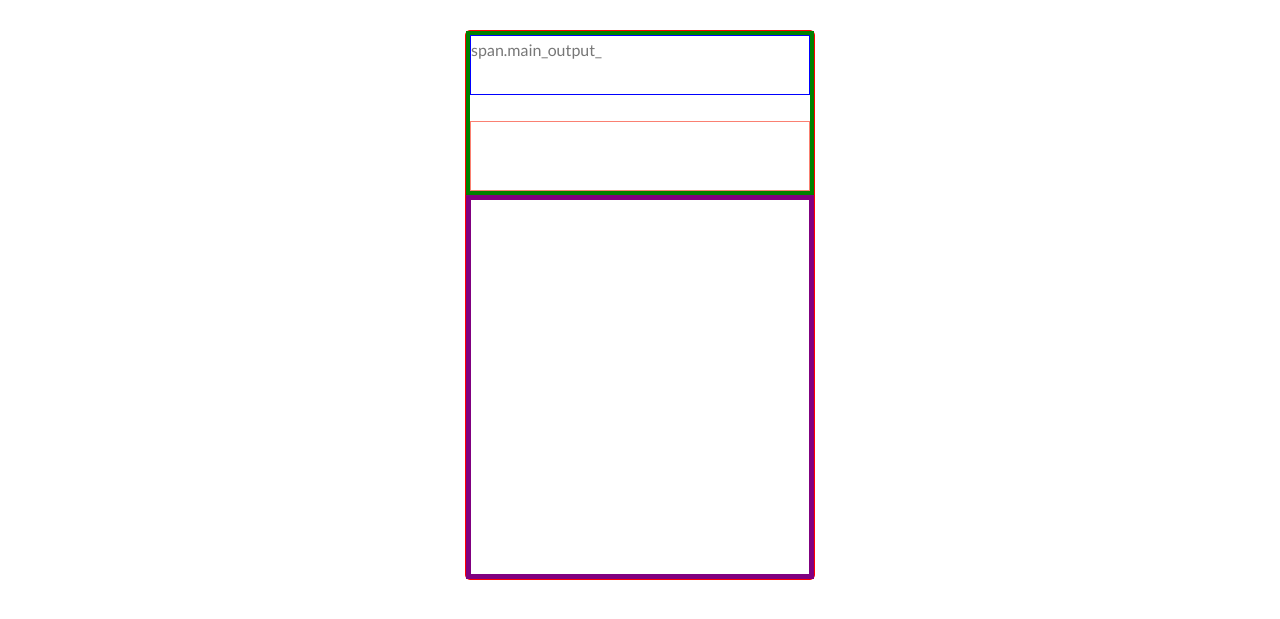
Repository: OfirLana/Calculator
Page: index.html
The author's editor kept a copy of each file at every save. The page is drawn from the files as they stood at one save, then again after the next save.
The browser window is 1280 px wide. The pictures show the whole page.

Above is the page before, as saved 2019-03-12 18:06:53.

After the next save:
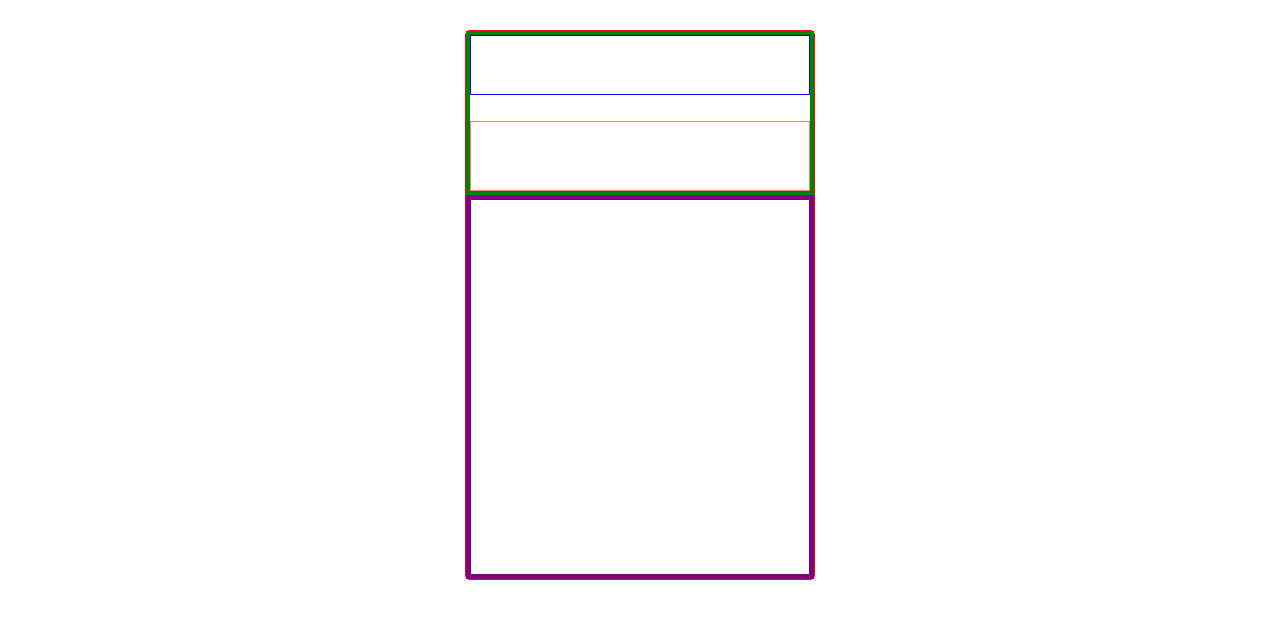
Saved 5 s later.
--- a/index.html
+++ b/index.html
@@ -14,7 +14,7 @@
     <div class="calculator">
         <div class="out_put_box">
             <div class="main_out_put">
-                span.main_output_
+                <span class="main_output_"></span>
             </div>
             <div class="sub_out_put">
             </div>
